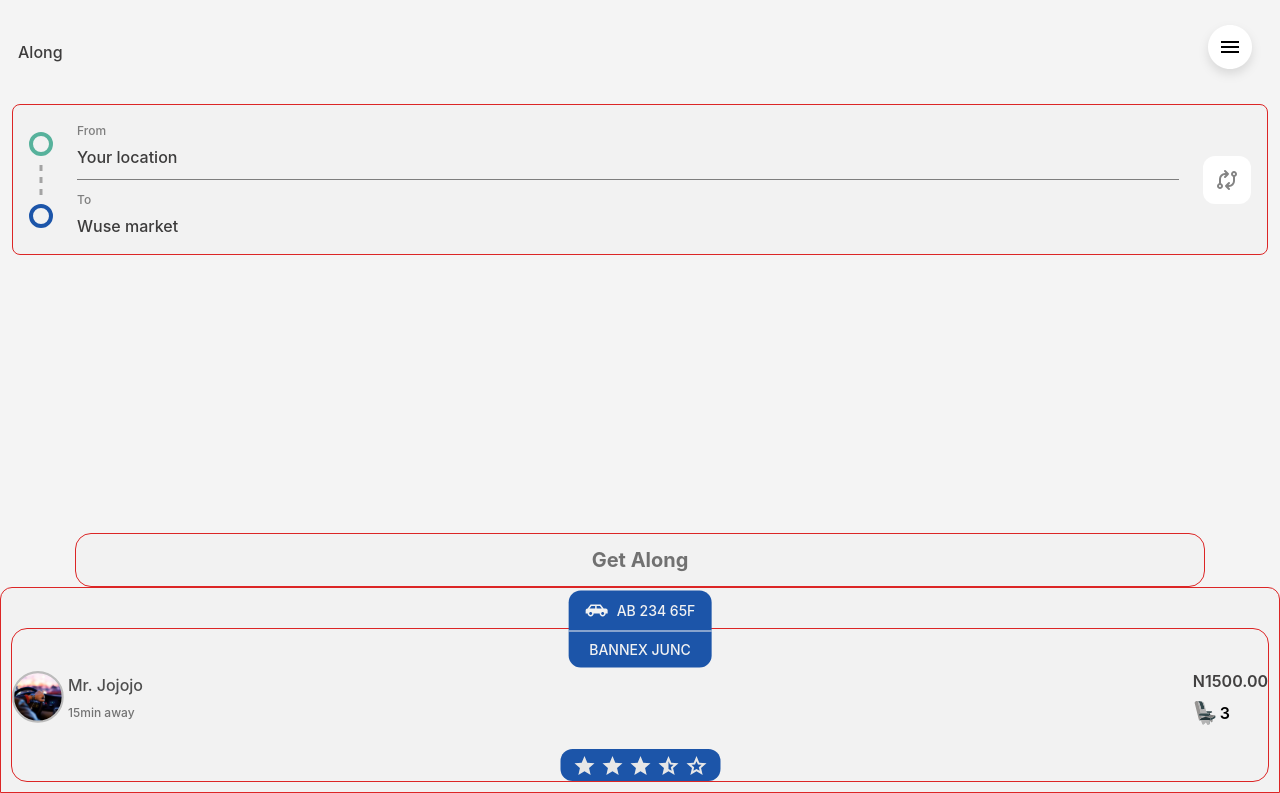
Repository: TeamAlong/Along-App
Page: /, after clicking the first element matching `button.w-\[90\%\]`
These files come from the project's save history. The page is drawn as it stood at one moment and after the next save; the edit follows.
The browser window is 1280 px wide. The pictures show the whole page.
The project was rebuilt for these pictures with package versions that can differ from the ones it lists, and the page was loaded fresh each time. The framework's server and built-in components were replaced by stand-ins that run in the browser. Also part of the build but not shown: next.config.mjs.

Above is the page before, as saved 2024-02-26 22:21:04.

After the next save:
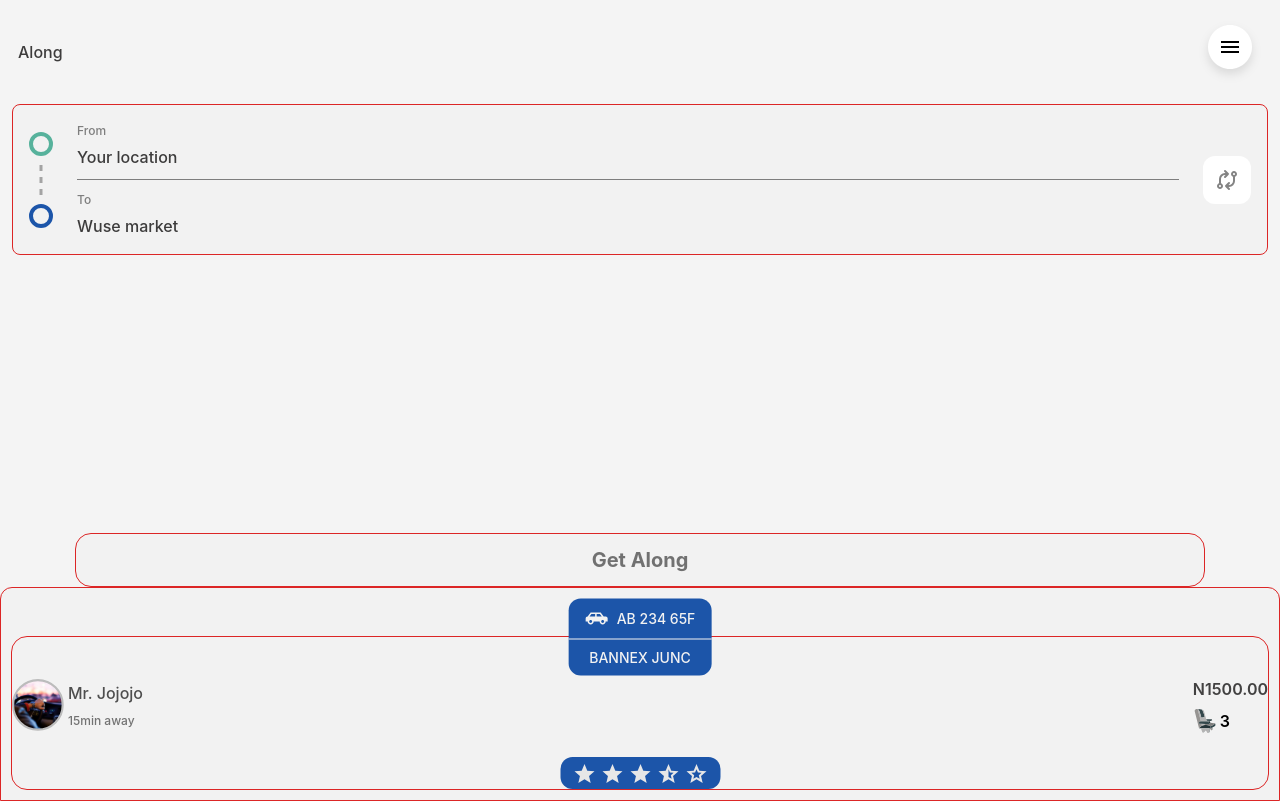
Saved 9 s later.
--- a/src/components/user/drivers-preview.js
+++ b/src/components/user/drivers-preview.js
@@ -6,7 +6,7 @@ import Car from "../../../public/assets/car.svg";
 
 export default function DriversPreview() {
   return (
-    <main className="w-full flex flex-col gap-11 p-2.5 overflow-y-scroll pt-10 ">
+    <main className="w-full flex flex-col gap-11 p-2.5 overflow-y-scroll pt-12 ">
       <section className=" relative flex flex-col gap-6 pt-10 rounded-2xl bg-[#F2F2F2] border border-red-600">
         <div className="absolute top-0 left-1/2 -translate-x-1/2 -translate-y-1/2 flex flex-col items-center bg-[#1C55A9] rounded-xl z-[10000]">
           <div className="flex items-center gap-2 px-4 py-2 border-b border-[#F2F2F2]">
